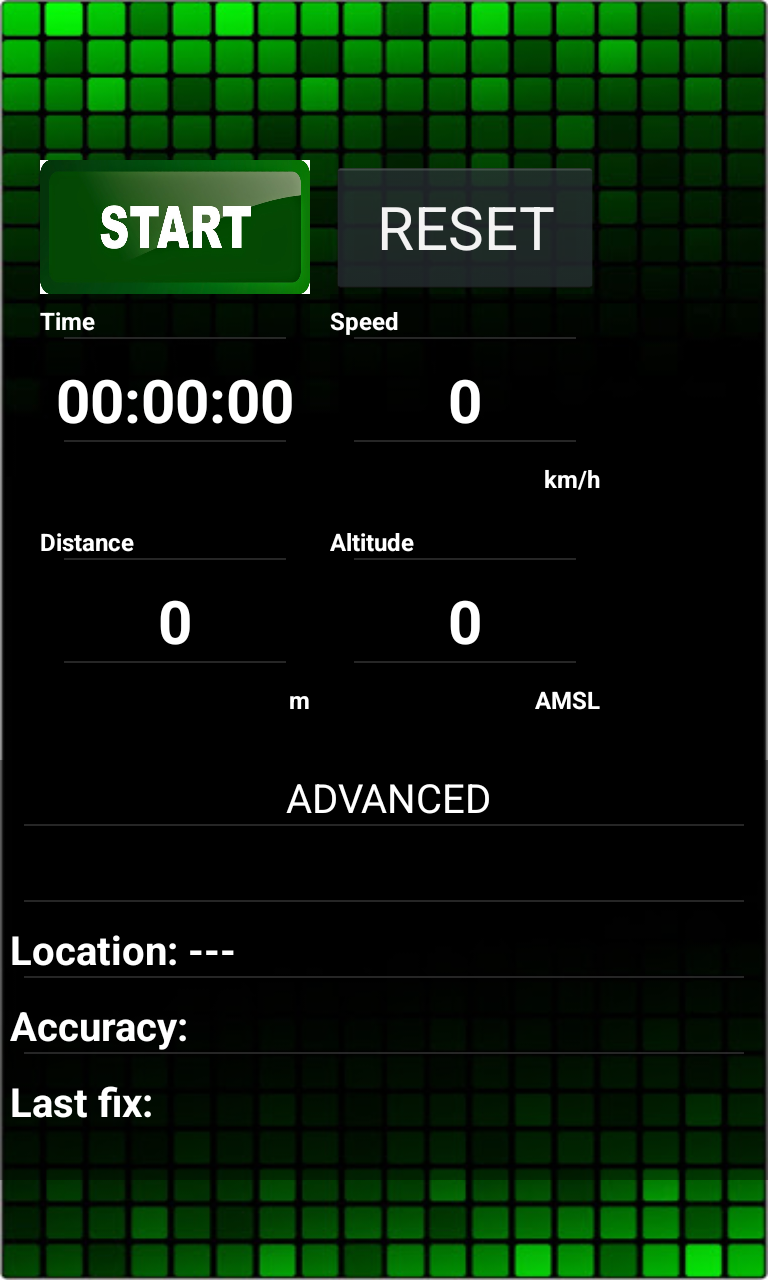
Repository: sebastianR1001/GeoApplication
Layout: GeoApplication/res/layout/activity_fullscreen.xml
The author's editor kept a copy of each file at every save. The layout is drawn from the files as they stood at one save, then again after the next save.
It is drawn on a 768 x 1280 px phone screen (xhdpi) without system bars, with theme FullscreenTheme; the app's code is not run.

Above is the layout before, as saved 2014-10-31 21:15:57.

### GeoApplication/res/layout/activity_fullscreen.xml
<FrameLayout xmlns:android="http://schemas.android.com/apk/res/android"
    xmlns:tools="http://schemas.android.com/tools"
    android:layout_width="match_parent"
    android:layout_height="match_parent"
    android:background="@drawable/tlo"
    tools:context="geo.geoapplication.FullscreenActivity" >

    <!--
         The primary full-screen view. This can be replaced with whatever view
         is needed to present your content, e.g. VideoView, SurfaceView,
         TextureView, etc.
    -->

    <TextView
        android:id="@+id/fullscreen_content"
        android:layout_width="match_parent"
        android:layout_height="match_parent"
        android:gravity="center"
        android:keepScreenOn="true"
        android:textSize="50sp"
        android:textStyle="bold" />

     <TableLayout
        android:layout_width="wrap_content"
        android:layout_height="wrap_content"
        android:layout_marginTop="80dp"
        android:layout_marginLeft="10dp"
        android:layout_marginRight="10dp"  >

         <TableRow
            android:id="@+id/tableRow0"
            android:layout_width="wrap_content"
            android:layout_height="wrap_content"
            >

            <Button
		        android:id="@+id/startButton"
		        android:layout_width="135dp"
		        android:layout_height="67dp"
		        android:layout_marginLeft="10dp"
		        android:textSize="30sp"
		        android:background="@drawable/start"/>

		     <Button
		        android:id="@+id/resetButton"
		        android:layout_width="135dp"
		        android:layout_height="67dp"
		        android:layout_marginRight="10dp"
		        android:layout_marginLeft="10dp"
		        android:textSize="30sp"
		        android:text="@string/resetButton" />

        </TableRow>

        <TableRow
            android:id="@+id/tableRow1"
            android:layout_width="wrap_content"
            android:layout_height="wrap_content"
            >

            <LinearLayout
		        android:id="@+id/timeLayout"
		        style="?metaButtonBarStyle"
		        android:layout_width="wrap_content"
		        android:layout_height="wrap_content"
		        android:layout_weight="5"
		        android:layout_marginLeft="10dp"
		        android:background="@color/black_overlay"
		        android:orientation="vertical"
		        tools:ignore="UselessParent" >

			    <TextView
			        android:layout_width="match_parent"
			        android:layout_height="match_parent"
			        android:layout_marginTop="5dp"
			        android:text="@string/timeText"
			        android:id="@+id/timeText"
			        android:textColor="#ffffff"
			        android:textSize="12sp"
			        android:textStyle="bold" />

			    <TextView
			        android:layout_width="match_parent"
			        android:layout_height="match_parent"
			        android:text="@string/time"
			        android:id="@+id/time"
			        android:layout_marginTop="10dp"
			        android:gravity="center"
			        android:textColor="#ffffff"
			        android:textSize="30sp"
			        android:textStyle="bold" />

			    <TextView
			        android:layout_width="match_parent"
			        android:layout_height="match_parent"
			        android:layout_marginTop="10dp"
			        android:textColor="#ffffff"
			        android:textSize="12sp"
			        android:textStyle="bold" />

	        </LinearLayout>

			<LinearLayout
		        android:id="@+id/speedLayout"
		        style="?metaButtonBarStyle"
		        android:layout_width="wrap_content"
		        android:layout_height="wrap_content"
		        android:layout_weight="5"
		        android:layout_marginRight="10dp"
		        android:layout_marginLeft="10dp"
		        android:background="@color/black_overlay"
		        android:orientation="vertical"
		        tools:ignore="UselessParent" >

			    <TextView
			        android:layout_width="match_parent"
			        android:layout_height="match_parent"
			        android:layout_marginTop="5dp"
			        android:text="@string/speedText"
			        android:id="@+id/speedText"
			        android:textColor="#ffffff"
			        android:textSize="12sp"
			        android:textStyle="bold" />

			    <TextView
			        android:layout_width="match_parent"
			        android:layout_height="match_parent"
			        android:text="@string/speed"
			        android:id="@+id/speed"
			        android:layout_marginTop="10dp"
			        android:gravity="center"
			        android:textColor="#ffffff"
			        android:textSize="30sp"
			        android:textStyle="bold" />

			    <TextView
			        android:layout_width="match_parent"
			        android:layout_height="match_parent"
			        android:layout_marginTop="10dp"
			        android:text="@string/speedUnit"
			        android:id="@+id/speedUnit"
			        android:textColor="#ffffff"
			        android:textSize="12sp"
			        android:gravity="right"
			        android:textStyle="bold" />

	        </LinearLayout>

        </TableRow>

        <TableRow
            android:id="@+id/tableRow4"
            android:layout_width="wrap_content"
            android:layout_height="wrap_content"
            android:layout_marginTop="10dp"
            >

            <LinearLayout
		        android:id="@+id/distanceLayout"
		        style="?metaButtonBarStyle"
		        android:layout_width="wrap_content"
		        android:layout_height="wrap_content"
		        android:layout_weight="5"
		        android:layout_marginLeft="10dp"
		        android:background="@color/black_overlay"
		        android:orientation="vertical"
		        tools:ignore="UselessParent" >

			    <TextView
			        android:layout_width="match_parent"
			        android:layout_height="match_parent"
			        android:layout_marginTop="5dp"
			        android:text="@string/distanceText"
			        android:id="@+id/distanceText"
			        android:textColor="#ffffff"
			        android:textSize="12sp"
			        android:textStyle="bold" />

			    <TextView
			        android:layout_width="match_parent"
			        android:layout_height="match_parent"
			        android:text="@string/distance"
			        android:id="@+id/distance"
			        android:layout_marginTop="10dp"
			        android:gravity="center"
			        android:textColor="#ffffff"
			        android:textSize="30sp"
			        android:textStyle="bold" />

			    <TextView
			        android:layout_width="match_parent"
			        android:layout_height="match_parent"
			        android:layout_marginTop="10dp"
			        android:text="@string/distanceUnit"
			        android:id="@+id/distanceUnit"
			        android:textColor="#ffffff"
			        android:gravity="right"
			        android:textSize="12sp"
			        android:textStyle="bold" />

	        </LinearLayout>

			<LinearLayout
		        android:id="@+id/elevationLayout"
		        style="?metaButtonBarStyle"
		        android:layout_width="wrap_content"
		        android:layout_height="wrap_content"
		        android:layout_weight="5"
		        android:layout_marginRight="10dp"
		        android:layout_marginLeft="10dp"
		        android:background="@color/black_overlay"
		        android:orientation="vertical"
		        tools:ignore="UselessParent" >

			    <TextView
			        android:layout_width="match_parent"
			        android:layout_height="match_parent"
			        android:layout_marginTop="5dp"
			        android:text="@string/altitudeText"
			        android:id="@+id/altitudeText"
			        android:textColor="#ffffff"
			        android:textSize="12sp"
			        android:textStyle="bold" />

			    <TextView
			        android:layout_width="match_parent"
			        android:layout_height="match_parent"
			        android:text="@string/altitude"
			        android:id="@+id/altitude"
			        android:layout_marginTop="10dp"
			        android:gravity="center"
			        android:textColor="#ffffff"
			        android:textSize="30sp"
			        android:textStyle="bold" />

			    <TextView
			        android:layout_width="match_parent"
			        android:layout_height="match_parent"
			        android:layout_marginTop="10dp"
			        android:text="@string/altitudeUnit"
			        android:id="@+id/altitudeUnit"
			        android:textColor="#ffffff"
			        android:gravity="right"
			        android:textSize="12sp"
			        android:textStyle="bold" />

	        </LinearLayout>

        </TableRow>

    </TableLayout>

	   <LinearLayout
	        android:id="@+id/advanced"
	        style="?metaButtonBarStyle"
	        android:layout_width="match_parent"
	        android:layout_marginBottom="50dp"
	        android:layout_height="210dp"
	        android:layout_gravity="bottom|center_horizontal"
	        android:background="@color/black_overlay"
	        android:orientation="vertical"
	        tools:ignore="UselessParent" >

	       <TextView
		        android:id="@+id/advancedInformation"
		        android:layout_width="wrap_content"
                android:layout_height="wrap_content"
                android:text="@string/advancedText"
		        android:paddingTop="5dp"
		        android:paddingLeft="5dp"
		        android:layout_gravity="top|center_horizontal"
		        android:textColor="#ffffff"
		        android:textSize="20sp" />

	       <TextView
		        android:id="@+id/gpsInformation"
		        android:layout_width="wrap_content"
                android:layout_height="wrap_content"
		        android:paddingTop="10dp"
		        android:paddingLeft="5dp"
		        android:textColor="#ffffff"
		        android:textSize="20sp" />

		    <TextView
		        android:id="@+id/viewLocation"
		        android:layout_width="wrap_content"
		        android:layout_height="wrap_content"
		        android:paddingTop="10dp"
		        android:paddingLeft="5dp"
		        android:keepScreenOn="true"
		        android:text="@string/location"
		        android:textColor="#ffffff"
		        android:textSize="20sp"
		        android:textStyle="bold" />

	        <TextView
		        android:layout_width="wrap_content"
                android:layout_height="wrap_content"
		        android:paddingTop="10dp"
		        android:paddingLeft="5dp"
		        android:text="@string/accuracy"
		        android:id="@+id/accuracy"
		        android:textColor="#ffffff"
		        android:textSize="20sp"
		        android:textStyle="bold" />

	        <TextView
		        android:layout_width="wrap_content"
                android:layout_height="wrap_content"
		        android:paddingTop="10dp"
		        android:paddingLeft="5dp"
		        android:text="@string/last_fix"
		        android:id="@+id/lastFix"
		        android:textColor="#ffffff"
		        android:textSize="20sp"
		        android:textStyle="bold" />

        </LinearLayout>


    <FrameLayout
        android:layout_width="match_parent"
        android:layout_height="match_parent"
        android:fitsSystemWindows="true" >

        <LinearLayout
            android:id="@+id/fullscreen_content_controls"
            style="?metaButtonBarStyle"
            android:layout_width="match_parent"
            android:layout_height="wrap_content"
            android:layout_gravity="bottom|center_horizontal"
            android:background="@color/black_overlay"
            android:orientation="horizontal"
            tools:ignore="UselessParent" >
        </LinearLayout>

        <requestFocus />


    </FrameLayout>
    <!--
         This FrameLayout insets its children based on system windows using
         android:fitsSystemWindows.
    -->

</FrameLayout>

### GeoApplication/res/values/strings.xml
<?xml version="1.0" encoding="utf-8"?>
<resources>

    <string name="app_name">GeoApplication</string>
    <string name="dummy_button">Dummy Button</string>
    <string name="dummy_content">DUMMY\nCONTENT</string>
    <string name="geo_application">GEO\nAPPLICATION</string>

    <string name="location">Location: ---</string>

    <string name="speedText">Speed</string>
    <string name="speed">0</string>
    <string name="speedUnit">km/h</string>

    <string name="time">00:00:00</string>
    <string name="timeText">Time</string>

    <string name="accuracy">Accuracy:</string>

    <string name="distance">0</string>
    <string name="distanceUnit">m</string>
    <string name="distanceText">Distance</string>

    <string name="altitude">0</string>
    <string name="altitudeUnit">AMSL</string>
    <string name="altitudeText">Altitude</string>

    <string name="last_fix">Last fix:</string>

    <string name="userText">USER</string>
    <string name="passwordText">PASSWORD</string>

    <string name="startButton">START</string>
    <string name="stopButton">STOP</string>
    <string name="resetButton">RESET</string>
    <string name="loginButton">LOGIN</string>
    <string name="newAccountButton">REGISTRATION</string>

    <string name="advancedText">ADVANCED</string>

</resources>

Loaded but not shown: GeoApplication/res/values-v11/styles.xml (common file); GeoApplication/res/values/styles.xml (common file); GeoApplication/res/values/colors.xml (common file)

After the next save:
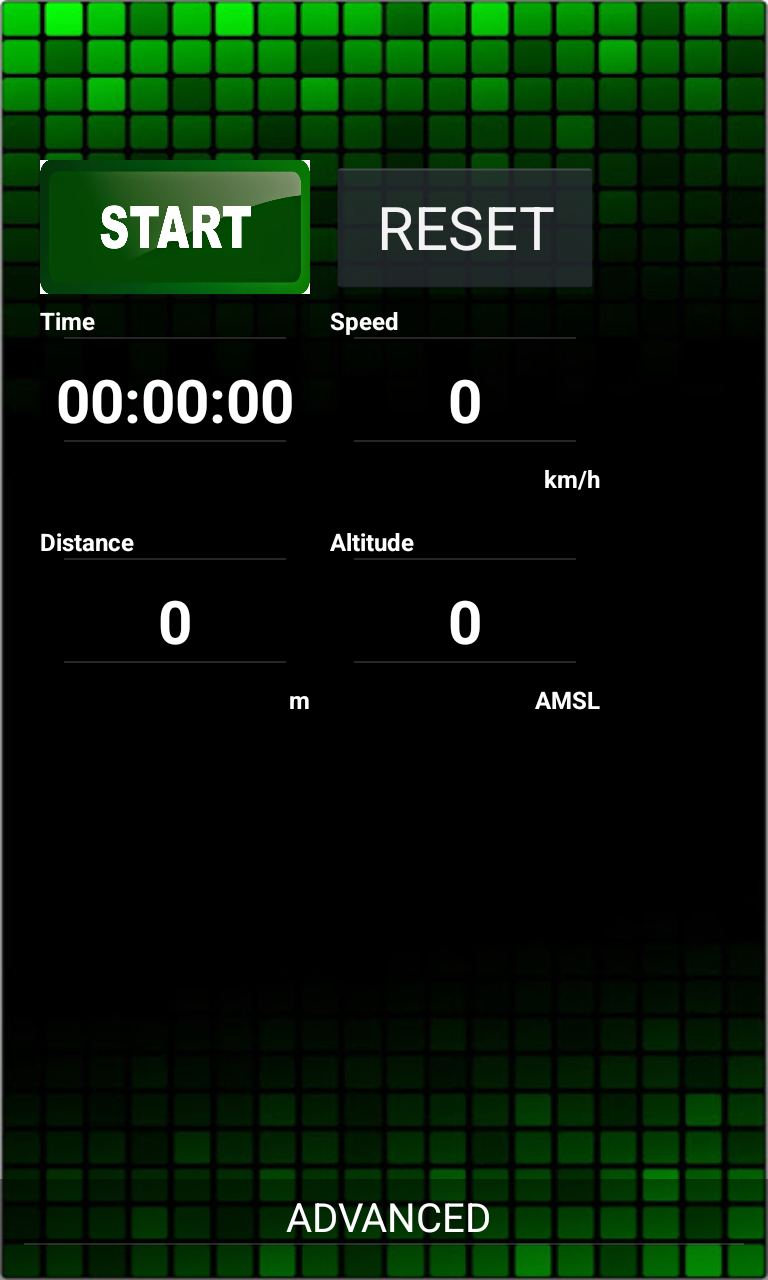
Saved 16 s later.
--- a/GeoApplication/res/layout/activity_fullscreen.xml
+++ b/GeoApplication/res/layout/activity_fullscreen.xml
@@ -254,7 +254,7 @@
 	        android:id="@+id/advanced"
 	        style="?metaButtonBarStyle"
 	        android:layout_width="match_parent"
-	        android:layout_marginBottom="50dp"
+	        android:layout_marginBottom="-160dp"
 	        android:layout_height="210dp"
 	        android:layout_gravity="bottom|center_horizontal"
 	        android:background="@color/black_overlay"
